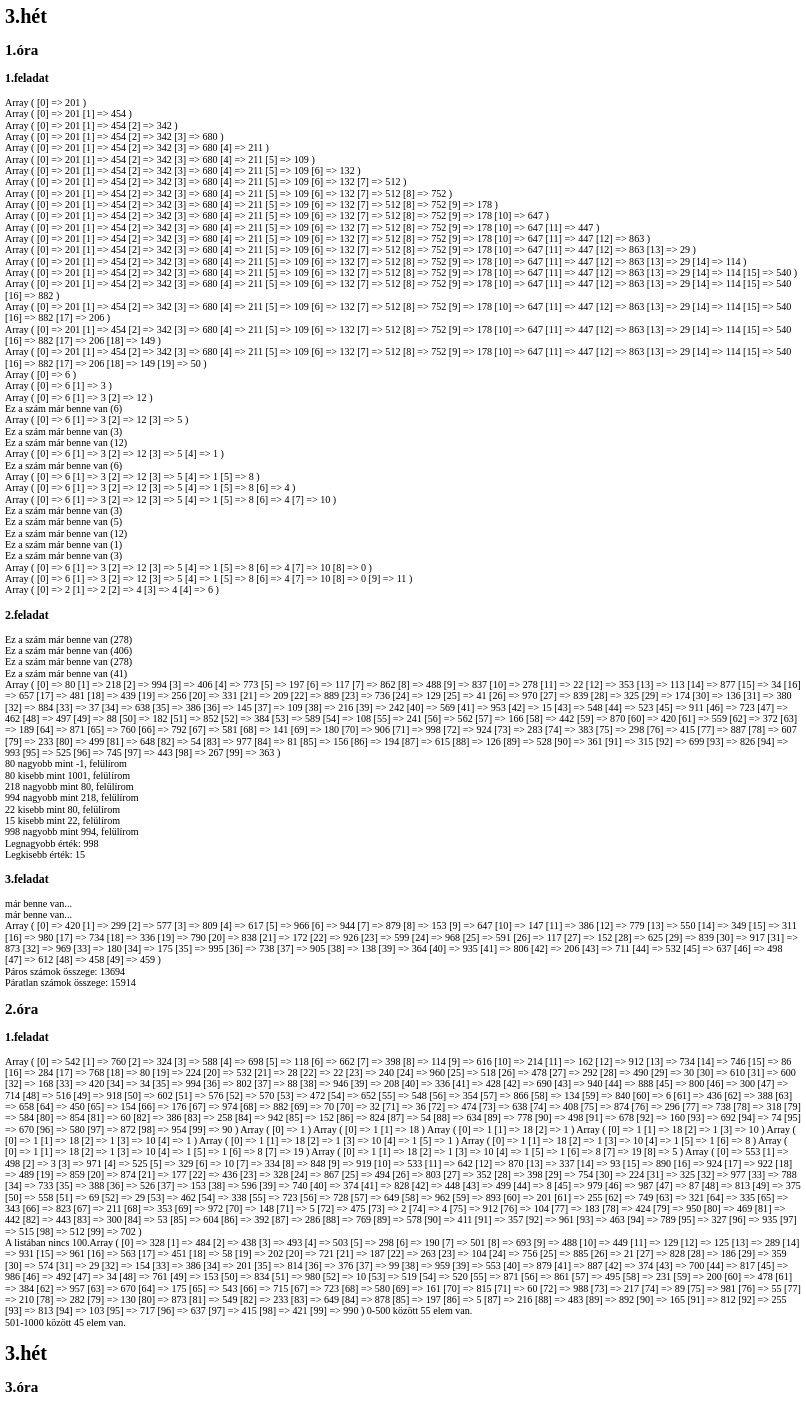
Repository: doomhyena/htdocs
Page: http://localhost/03.Week/index.php
An editor plug-in stored every save of this project. The page is shown before and after the next save, followed by the edit.
The browser window is 1280 px wide. The pictures show the whole page, at 63% of full size.
The page is run by PHP 8.4 with error messages shown; the project is at /var/www/html/.

Above is the page before, as saved 2024-09-20 12:05:08.

### 03.Week/index.php
<?php

// -----------------------------------------------------------------------------------------------------------------
// Első óra 2024/09/16 HÉTFŐ
// -----------------------------------------------------------------------------------------------------------------

echo "<h1>3.hét</h1>";
echo "<h2>1.óra</h2>";
echo "<h3>1.feladat</h3>";

/*
	 Feladat:

	 Hozz létre egy üres listát.
	 Állíts be egy FOR ciklust úgy, hogy 20x fusson le.
	 Minden lefutáskor generáltass egy random számot.
	 Ezt a random számot add hozzá a listához.
	 Minden lefutáskor írasd ki a lista tartalmát.
*/
	 $lista = array(); //lista létrerhozása

	 for($i=0;$i<20;$i++){ // for ciklus ami 20x fut let

		 $randomszam = rand(0, 1000); //random szám generálása 0 és 1000 kzött

		 array_push($lista, $randomszam); // belerakjuk a listába a randomszámot

		 print_r($lista); // lista kiírása
		 echo "<br>"; // sortörés

	 }

	$lista = array(); //lista létrerhozása

	 while(count($lista) < 10){ // while ciklus létrehozása

		 $randomszam = rand(0, 12); //random szám generálása 0 és 12 kzött

		 if(in_array($randomszam, $lista)){ // HA a szám szerepel már  a listában

			 echo "Ez a szám már benne van ($randomszam)<br>"; // kiírjuk, hogy a szám szerepl már a listában

		 }
		 else{ // Ha nem szerepel a listában

			 array_push($lista, $randomszam); // belerakjuk a randomszámot a listába

			 print_r($lista); // listakiírása
			 echo "<br>"; //sortörés

		 }

	 }

	 $lista = array(1, 2, 3, 4, 5);

	 for($i=0;$i<count($lista);$i++){

		 if($lista[$i]%2 == 1){
			 $lista[$i]++;
		 }

	 }

	 print_r($lista);
     echo "<h3>2.feladat</h3>";
/*
	 Feladat:

		 Tölts fel egy listát 100 darab random számmal 0 és 1000 között. (Egy szám csak egyszer szerepelhessen a listában)
*/
	 $lista = array();

	 while(count($lista) < 100){

		 $randomszam = rand(0, 1000);

		 if(in_array($randomszam, $lista)){
			 echo "Ez a szám már benne van ($randomszam)<br>";
		 }
		 else{
			 array_push($lista, $randomszam);

		 }

	 }

	 print_r($lista);
	 echo "<br>";

	 $legnagyobb = -1;
	 $legkisebb = 1001;

	 for($i=0;$i<count($lista);$i++){

		 if($lista[$i] > $legnagyobb){
			 echo "$lista[$i] nagyobb mint $legnagyobb, felülírom<br>";
			 $legnagyobb = $lista[$i];
		 }

		 if($lista[$i] < $legkisebb){
			 echo "$lista[$i] kisebb mint $legkisebb, felülírom<br>";
			 $legkisebb = $lista[$i];
		 }
	 }

	 echo "Legnagyobb érték: $legnagyobb<br>";
	 echo "Legkisebb érték: $legkisebb<br>";
     echo "<h3>3.feladat</h3>";

/*
	 Feladat

	 Hozz létre egy üres listát.
	 While ciklussal töltsd fel 50 random számmal 0 és 1000 között.
	 Készíts egy-egy
		 $parosak = 0;
		 $paratlanok = 0;
			 változót.
	 For ciklussal vizsgáld meg az összes számot.
	 Ha a lista adott eleme osztható kettővel, akkor az értékét add hozzá a $parosak változóhoz.
	 Ha nem osztható kettővel, akkor pedig a $páratlanok-hoz.
*/
	 $lista = array();

	 while(count($lista) < 50){

		 $randomszam = rand(0, 1000);

		 if(in_array($randomszam, $lista)){
			 echo "már benne van...<br>";
		 }
		 else{
			 array_push($lista, $randomszam);
		 }

	 }

	 print_r($lista);

	 $parosak = 0;
	 $paratlanok = 0;

	 for($i=0;$i<count($lista);$i++){

		 if($lista[$i]%2 == 0){
			 $parosak = $parosak + $lista[$i];
		 }
		 else{
			 $paratlanok = $paratlanok + $lista[$i];
		 }

	 }

	 echo "<br>Páros számok összege: $parosak<br>";
	 echo "Páratlan számok összege: $paratlanok";

     echo "<h2>2.óra</h2>";
     echo "<h3>1.feladat</h3>";

	//  Készíts egy 100 számból álló listát, amiben csak páros számok vannak.

	 $lista = array();

	 while(count($lista) < 100){

		 $randomszam = rand(0, 1000);

		 if(!in_array($randomszam, $lista)){

			 if($randomszam%2 == 0){

				 array_push($lista, $randomszam);

			 }

		 }

	 }

	 print_r($lista);

	 // Igaz hamis
	 $igaz = true;
	 $hamis = false;

	 // Addig fusson a ciklus, amíg nem találunk ötös számot a listában

	 $igaz_hamis = true;

	 $lista = array();

	 while($igaz_hamis){

		 $randomszam = rand(0, 20);

		 array_push($lista, $randomszam);

		 print_r($lista);

		 if(in_array(5, $lista)){
			 $igaz_hamis = false;
		 }

	 }

	 $lista = array();

	 while(count($lista) < 100){

		 $randomszam = rand(0, 1000);

		 if(!in_array($randomszam, $lista)){

			 array_push($lista, $randomszam);

		 }

	 }

	 $van_e_szaz = false;

	 for($i=0;$i<count($lista);$i++){

		 if($lista[$i] == 100){
			 $van_e_szaz = true;
		}
    }


	print_r($lista);
	echo "<br>";

	 if($van_e_szaz){
		 echo "A listában van 100.";
	 }
	 else{
		 echo "A listában nincs 100.";
	 }

/*
	 Feladat:

	 Tölts fel egy listát 100 darab különböző számmal 0 és 1000 között.
	 For ciklus segítségével számold meg, hogy hány darab szám van 0 és 500, 501 és 1000 között.
*/
	$lista = array();

	while(count($lista) < 100){

		$randomszam = rand(0, 1000);

		if(!in_array($randomszam, $lista)){
			array_push($lista, $randomszam);
		}

	}

	print_r($lista);

	$nulla_otszaz = 0;
	$otszazegy_ezer = 0;

	for($i=0;$i<count($lista);$i++){

		if($lista[$i] < 501){
			$nulla_otszaz++;
		}
		else{
			$otszazegy_ezer++;
		}
	}  // Ez a záró zárójel hiányzott

	//játkkulcs generátor
	//tömbök a tömbökben jövőhéten + rendezések 2024.09.16
	echo "0-500 között $nulla_otszaz elem van.<br>";
	echo "501-1000 között $otszazegy_ezer elem van.";


// -----------------------------------------------------------------------------------------------------------------
// Harmadik óra 2024/09/09 HÉTFŐ
// -----------------------------------------------------------------------------------------------------------------

echo "<h1>3.hét</h1>";
echo "<h2>3.óra</h2>";

?>

After the next save:
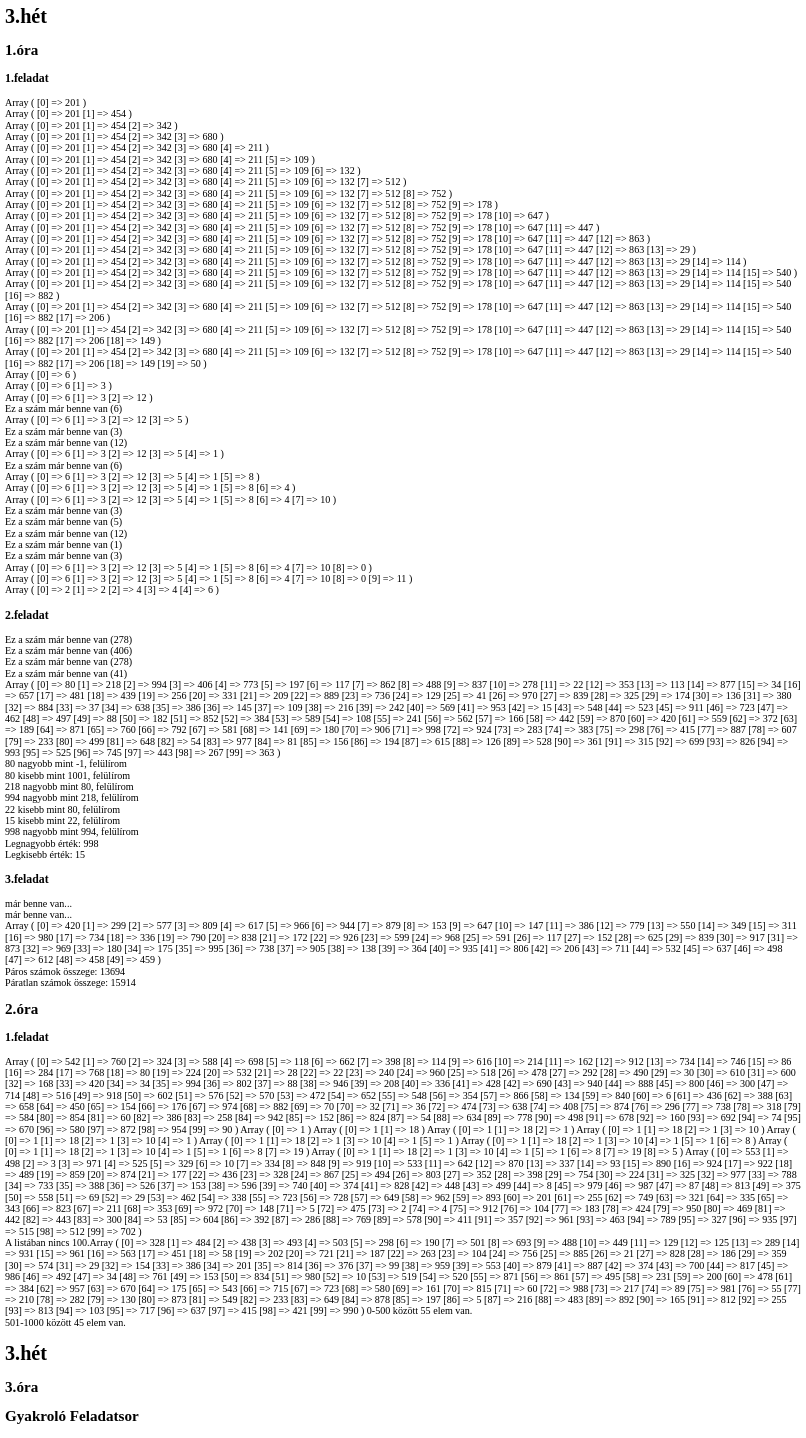
Saved 2 min 32 s later.
--- a/03.Week/index.php
+++ b/03.Week/index.php
@@ -283,5 +283,6 @@ echo "<h3>1.feladat</h3>";
 
 echo "<h1>3.hét</h1>";
 echo "<h2>3.óra</h2>";
+echo "<h2>Gyakroló Feladatsor</h2>";
 
 ?>
